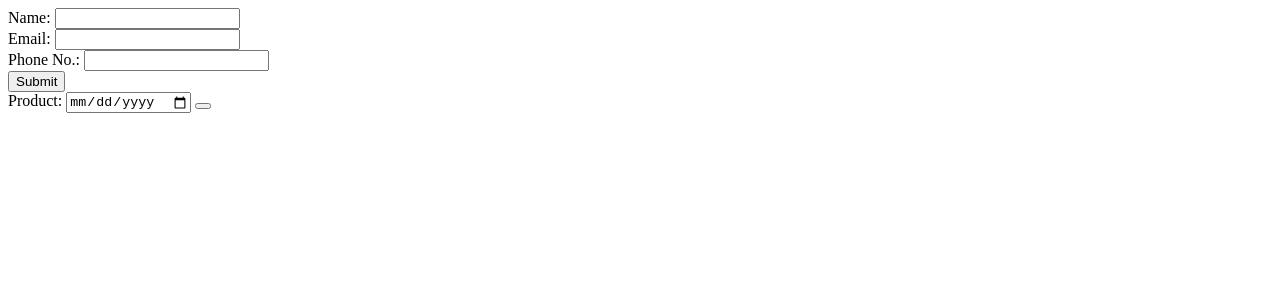
Repository: kua23/springboot
Page: amazon/amazon/src/main/resources/static/index.html
An editor plug-in stored every save of this project. The page is shown before and after the next save, followed by the edit.
The browser window is 1280 px wide. The pictures show the whole page.

Above is the page before, as saved 2025-04-14 00:50:16.

### amazon/amazon/src/main/resources/static/index.html
<!DOCTYPE html>
<html>
<head>
<meta charset="UTF-8">
<title>Amazon.com</title>
</head>
<body>
<form action="/customers" method = "POST">
	<label for="message"> Name: </label>
	<input type="text" id="name" name="name"><br>
	<label for="message"> Email: </label>
	<input type="email" id="email" name="email"><br>
	<label for="message"> Phone No.: </label>
	<input type="number" id="phoneNumber" name="phoneNumber"><br>
	<button type="submit">Submit</button>
</form>

<form action="/orders" method = "POST">
	<label for="message">Product:</label>
	<input type="date" id="product" name="product">
	<button type = "submit"></button>
</form>
</body>
</html>

After the next save:
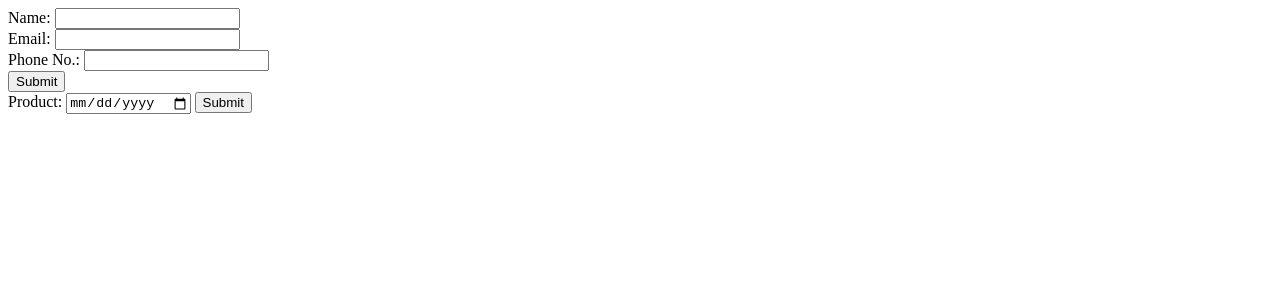
Saved 4 s later.
--- a/amazon/amazon/src/main/resources/static/index.html
+++ b/amazon/amazon/src/main/resources/static/index.html
@@ -18,7 +18,7 @@
 <form action="/orders" method = "POST">
 	<label for="message">Product:</label>
 	<input type="date" id="product" name="product">
-	<button type = "submit"></button>
+	<button type = "submit">Submit</button>
 </form>
 </body>
 </html>
